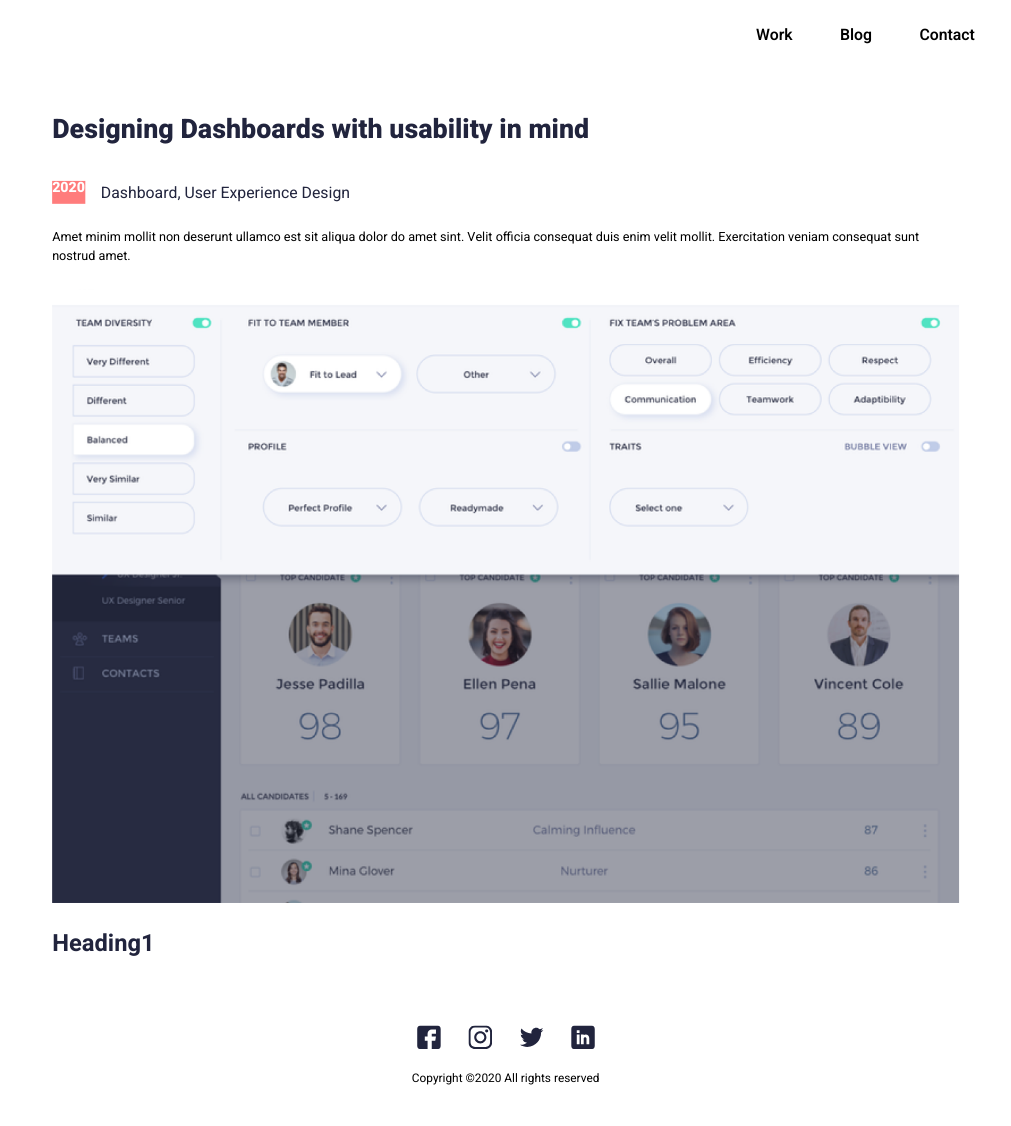
Repository: sharma171/portfolio
Page: /detailed
The author's editor kept a copy of each file at every save. The page is drawn from the files as they stood at one save, then again after the next save.
The browser window is 1280 px wide. The pictures show the whole page, at 79% of full size.
The project was rebuilt for these pictures with package versions that can differ from the ones it lists, and the page was loaded fresh each time. The framework's server and built-in components were replaced by stand-ins that run in the browser. Also part of the build but not shown: next.config.mjs.

Above is the page before, as saved 2024-06-02 18:01:35.

After the next save:
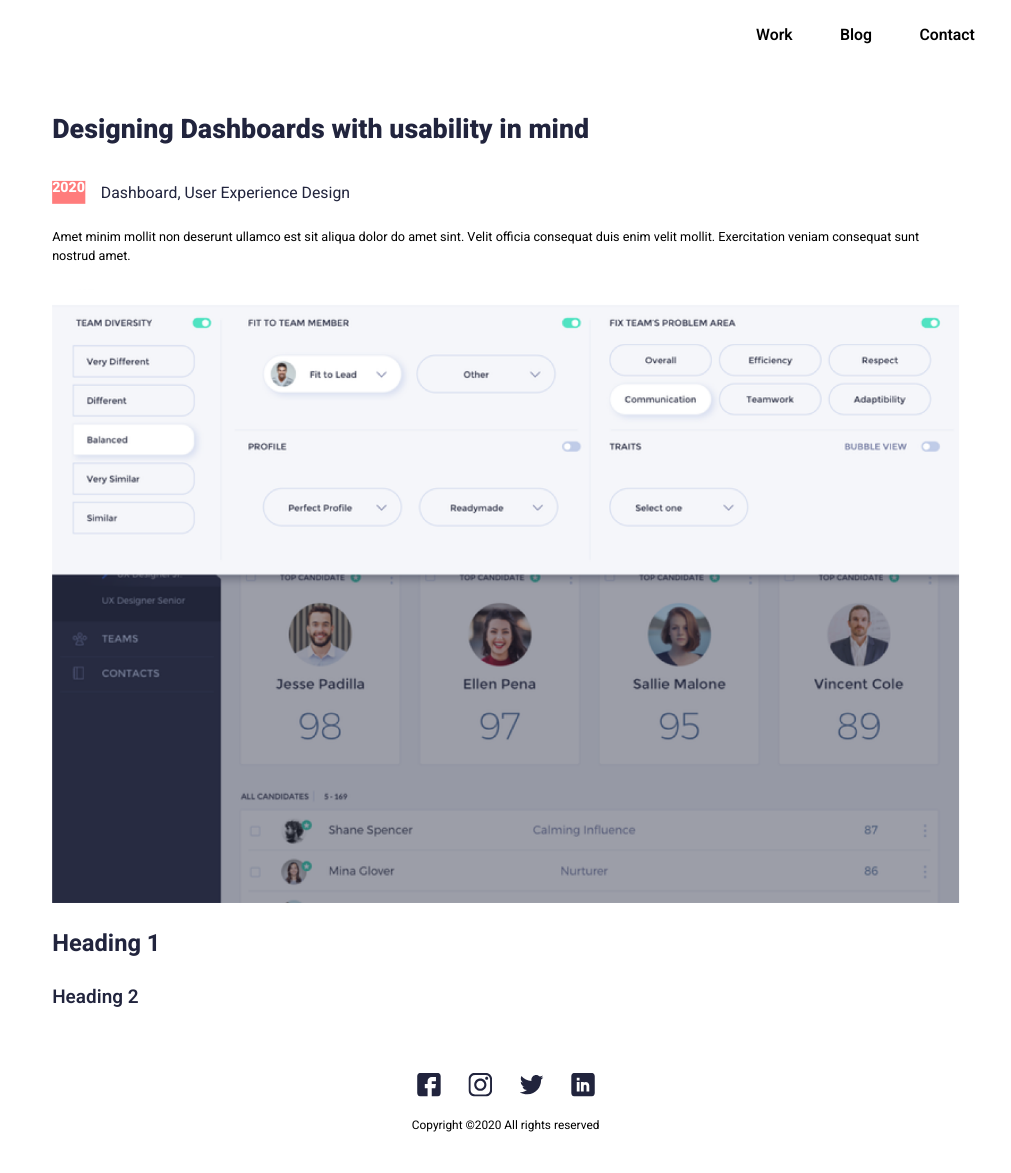
Saved 24 s later.
--- a/src/app/detailed/page.jsx
+++ b/src/app/detailed/page.jsx
@@ -23,7 +23,8 @@ export default function DetailPage() {
                         Amet minim mollit non deserunt ullamco est sit aliqua dolor do amet sint. Velit officia consequat duis enim velit mollit. Exercitation veniam consequat sunt nostrud amet.
                     </h2>
                     <Image src={Featured1} alt="featured" className="full-w-thumb" />
-                    <h1>Heading1</h1>
+                    <h1>Heading 1</h1>
+                    <h2>Heading 2</h2>
                 </div>
             </div>
         </section>
